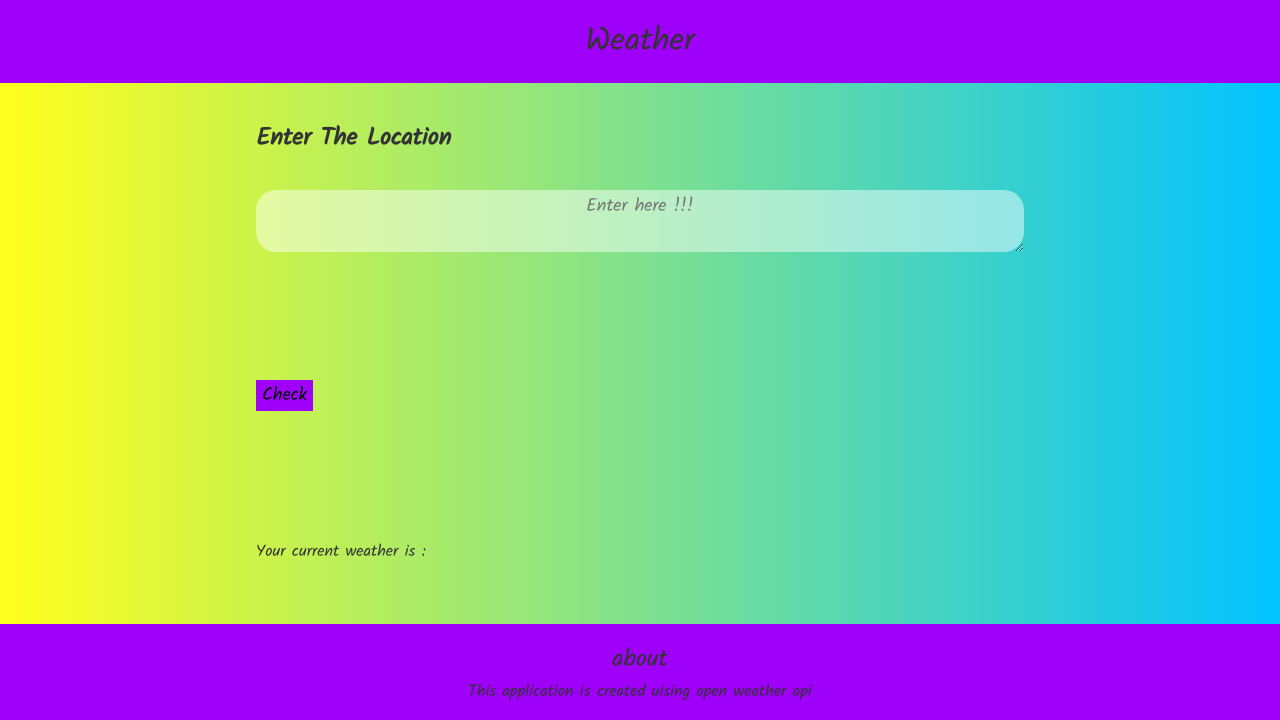
Repository: Irfan-vit/openapi
Page: index.html
The author's editor kept a copy of each file at every save. The page is drawn from the files as they stood at one save, then again after the next save.
The browser window is 1280 px wide. The pictures show the whole page.

Above is the page before, as saved 2021-05-27 23:49:12.

After the next save:
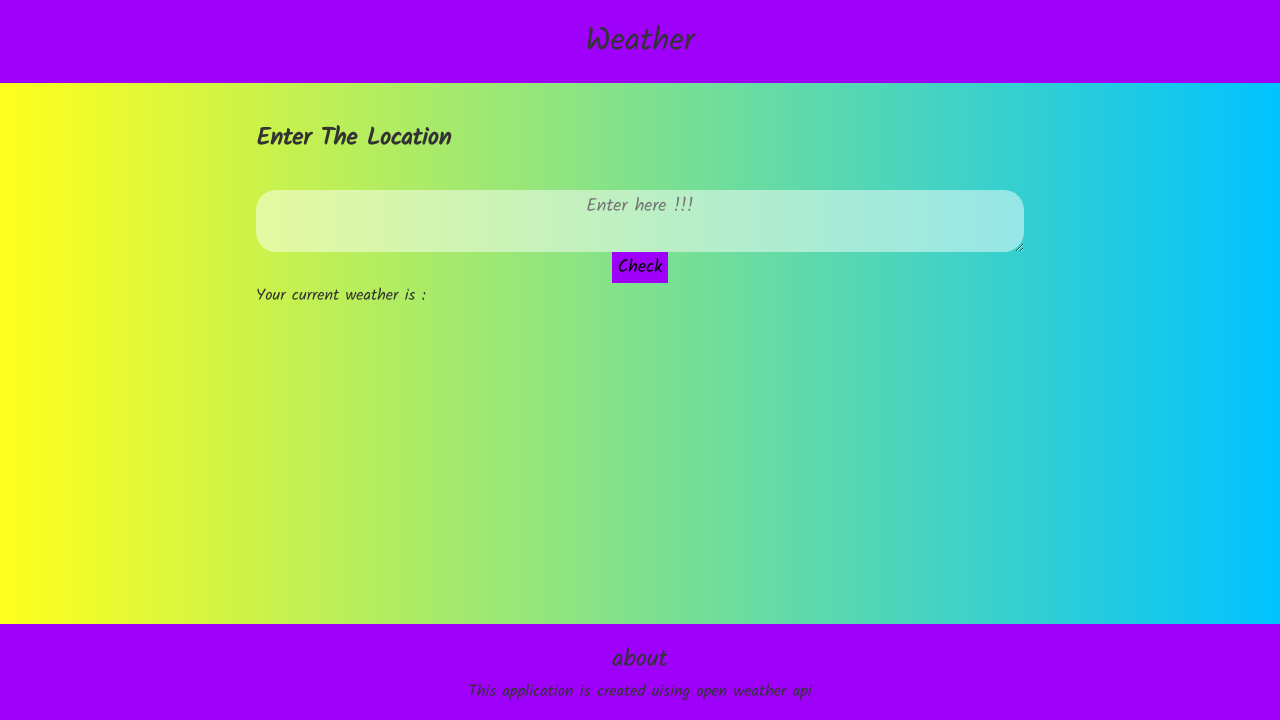
Saved 7 s later.
--- a/style.css
+++ b/style.css
@@ -68,7 +68,7 @@ button {
     cursor: pointer;
     /* height: 80px; */
     /* width: 80px; */
-    border-b
+    border-bottom-width: ;
     /* text-align: center; */
     margin:auto;
     display:block;
